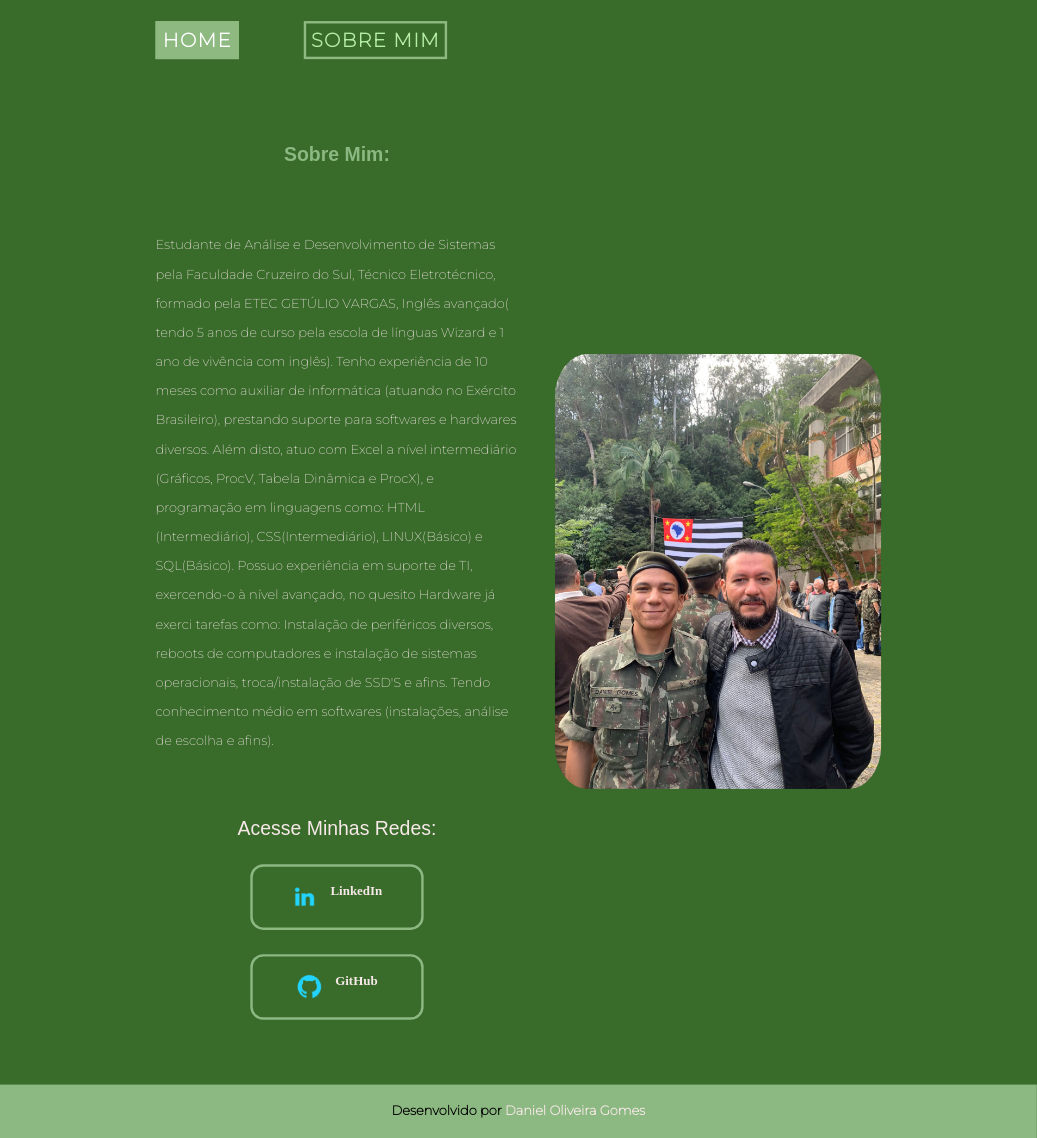
Repository: DamnDTX/Portfolio-Daniel-Oliveira-1
Page: about.html
An editor plug-in stored every save of this project. The page is shown before and after the next save, followed by the edit.
The browser window is 1280 px wide. The pictures show the whole page, at 81% of full size.
The pointer rests on the first visible `.cabecalho__menu__link`.
Some web fonts or font styles are not loaded; a fallback is used.

Above is the page before, as saved 2023-07-24 17:29:21.

After the next save:
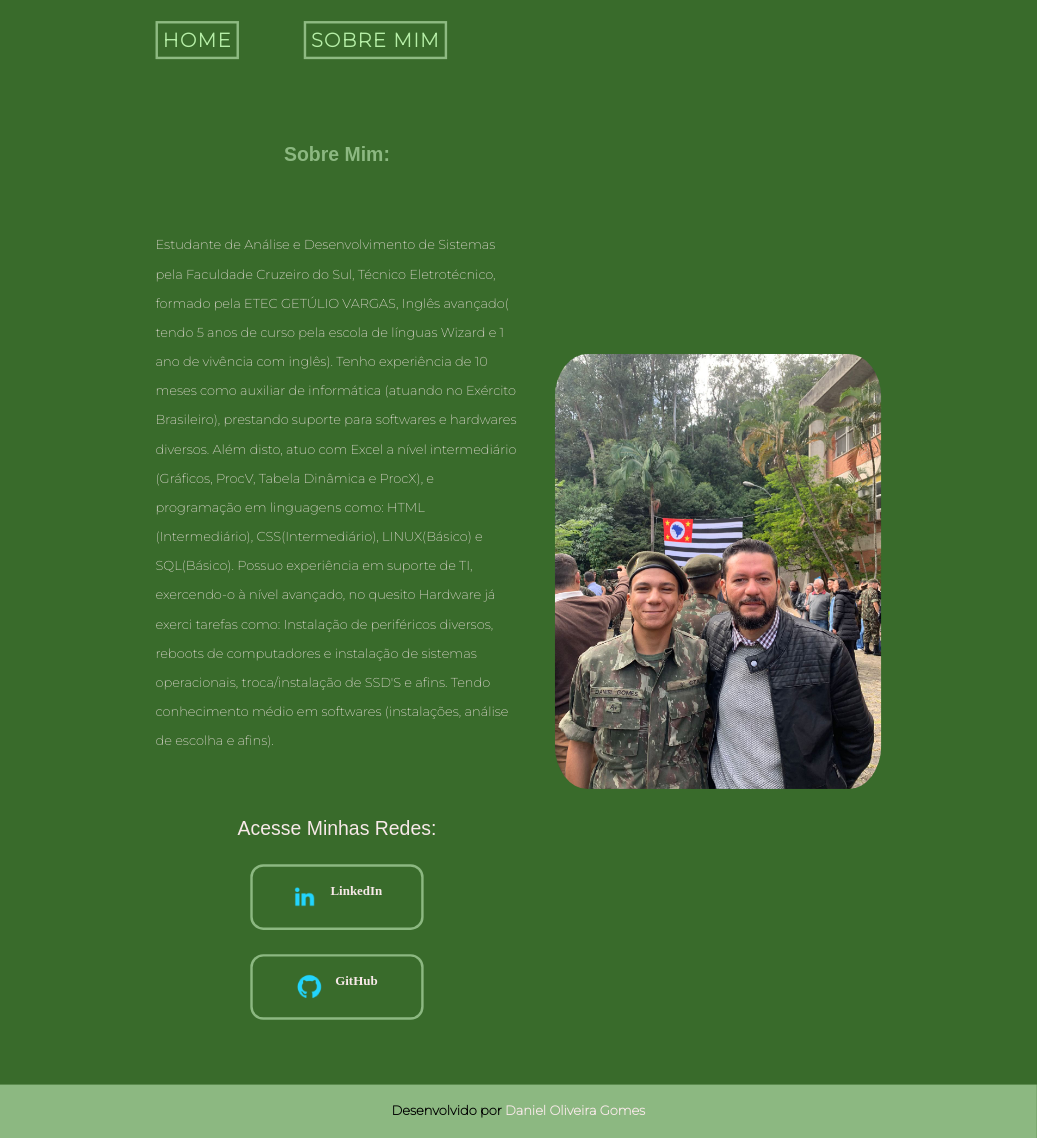
Saved 72 s later.
--- a/styles/about.css
+++ b/styles/about.css
@@ -154,10 +154,7 @@
 
     .desenvolvedor{color: #F8E9E9;}
 
-    .cabecalho__menu__link:hover{
-        background-color: #8EBA82;
-        color: white;
-    }
+
 
 
     @media (max-width:800px) {

After the save that followed:
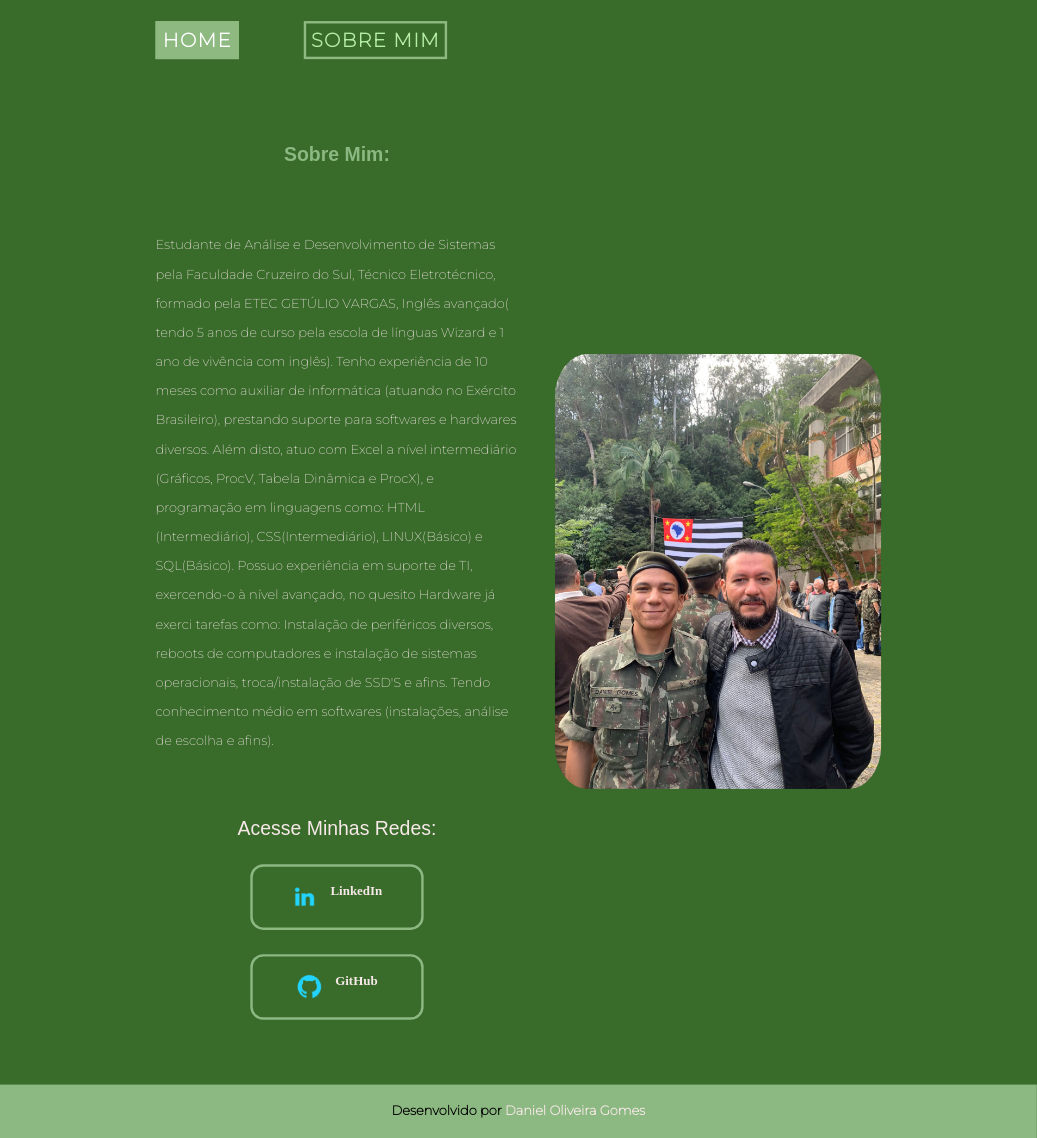
Saved 25 s later.
--- a/styles/about.css
+++ b/styles/about.css
@@ -154,7 +154,10 @@
 
     .desenvolvedor{color: #F8E9E9;}
 
-
+    .cabecalho__menu__link:hover{
+        background-color: #8EBA82;
+        color: white;
+    }
 
 
     @media (max-width:800px) {
